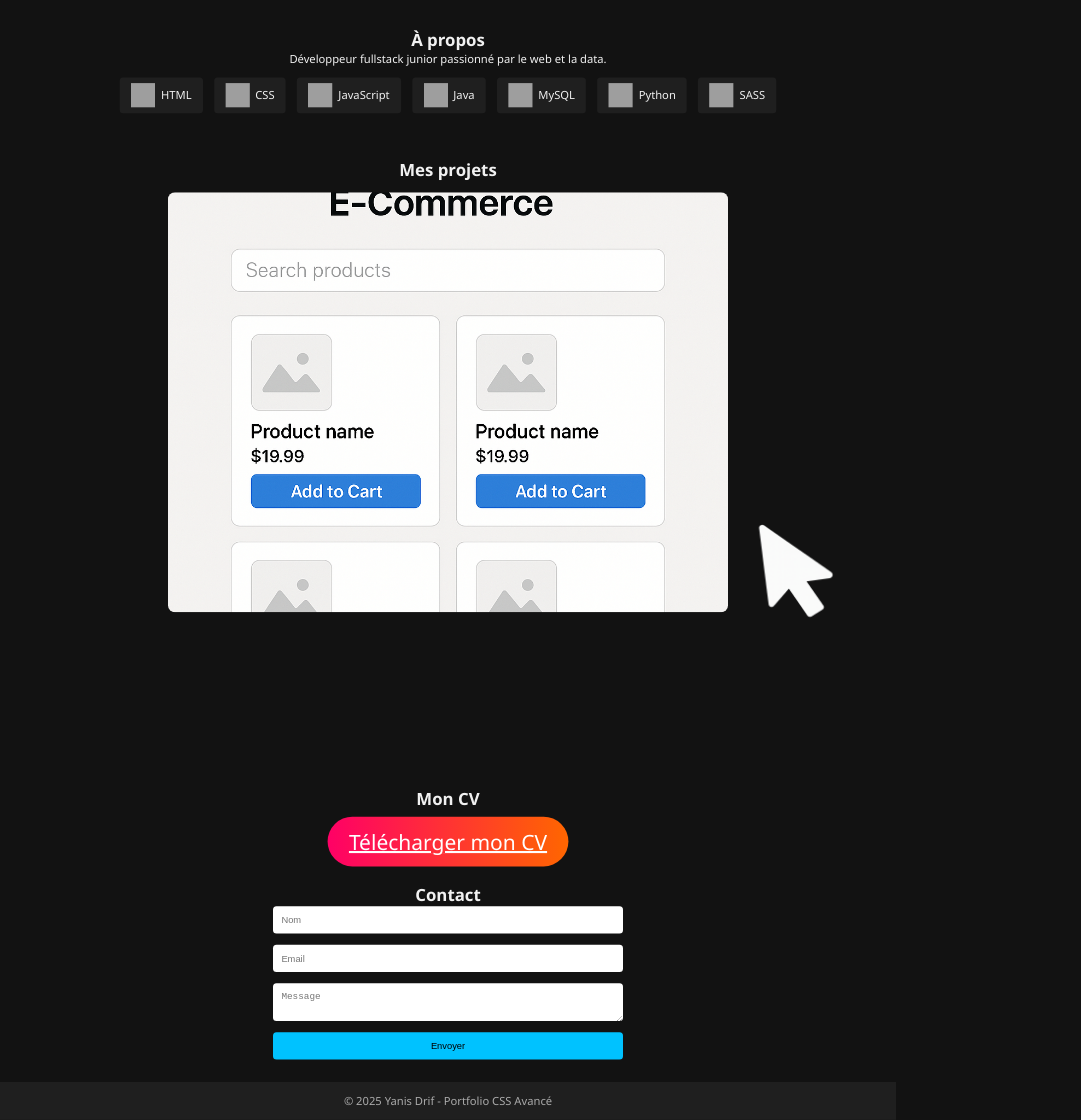
Repository: Yxniiss/ProjetCssAvance
Page: OneDrive/Bureau/Portfolio DrifYanis/home.html
An editor plug-in stored every save of this project. The page is shown before and after the next save, followed by the edit.
The browser window is 1280 px wide. The page is 1544 px wide, so the pictures cover 1544 px, including what lies to the right of the window. The pictures show the part of the page from y = 824 to 2424 px (the page is 2424 px tall), at 70% of full size.
Pictures or frames that could not be fetched are drawn as grey boxes.

Above is the page before, as saved 2025-04-10 11:37:41.
Console error: TypeError: Cannot set properties of null (setting 'textContent')

After the next save:
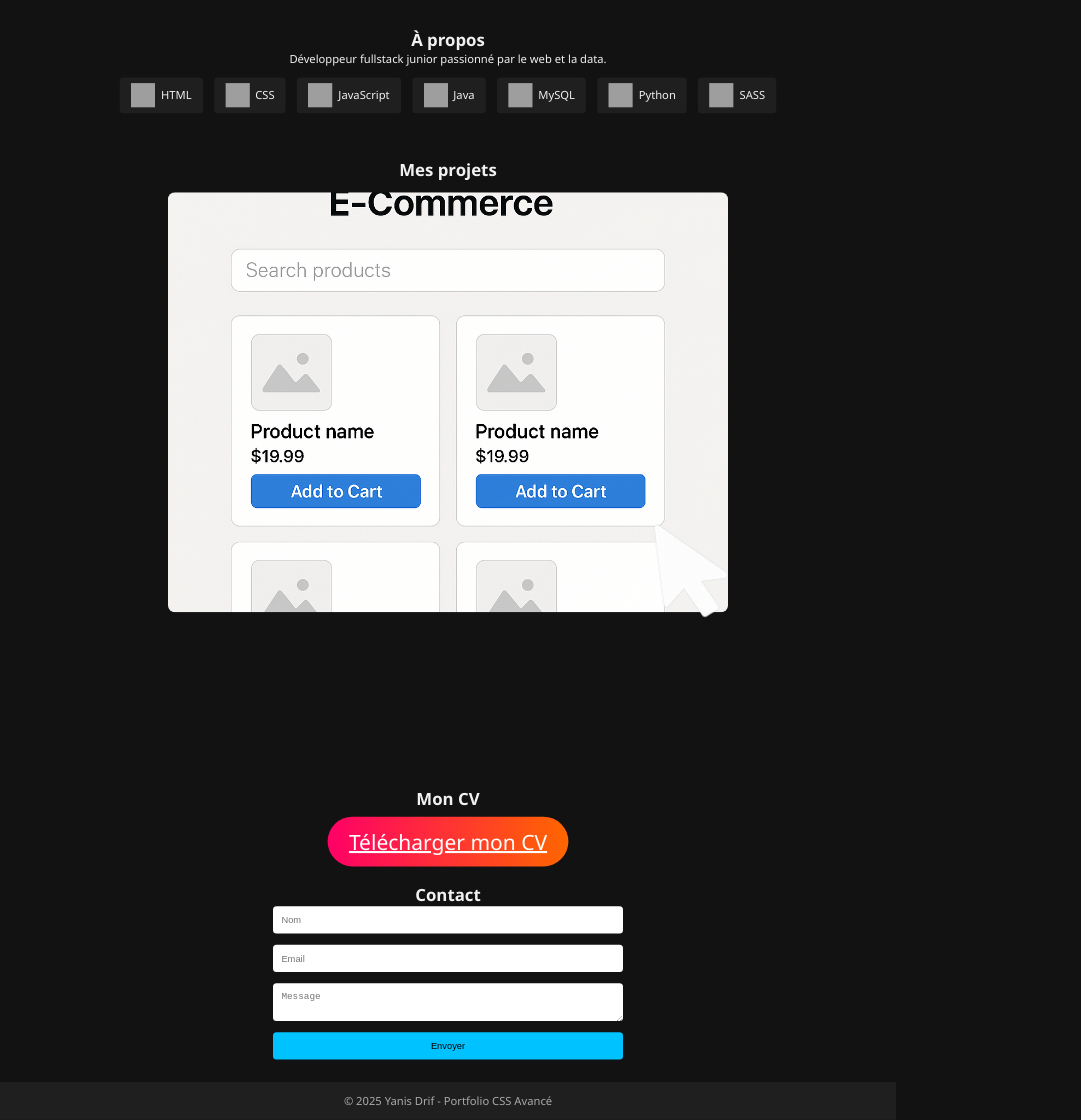
Saved 4 s later.
--- a/OneDrive/Bureau/Portfolio DrifYanis/style.css
+++ b/OneDrive/Bureau/Portfolio DrifYanis/style.css
@@ -87,7 +87,7 @@
     width: 180px;
     position:relative;
     bottom:150px;
-    left:500px;
+    left:350px;
 
   }
 
